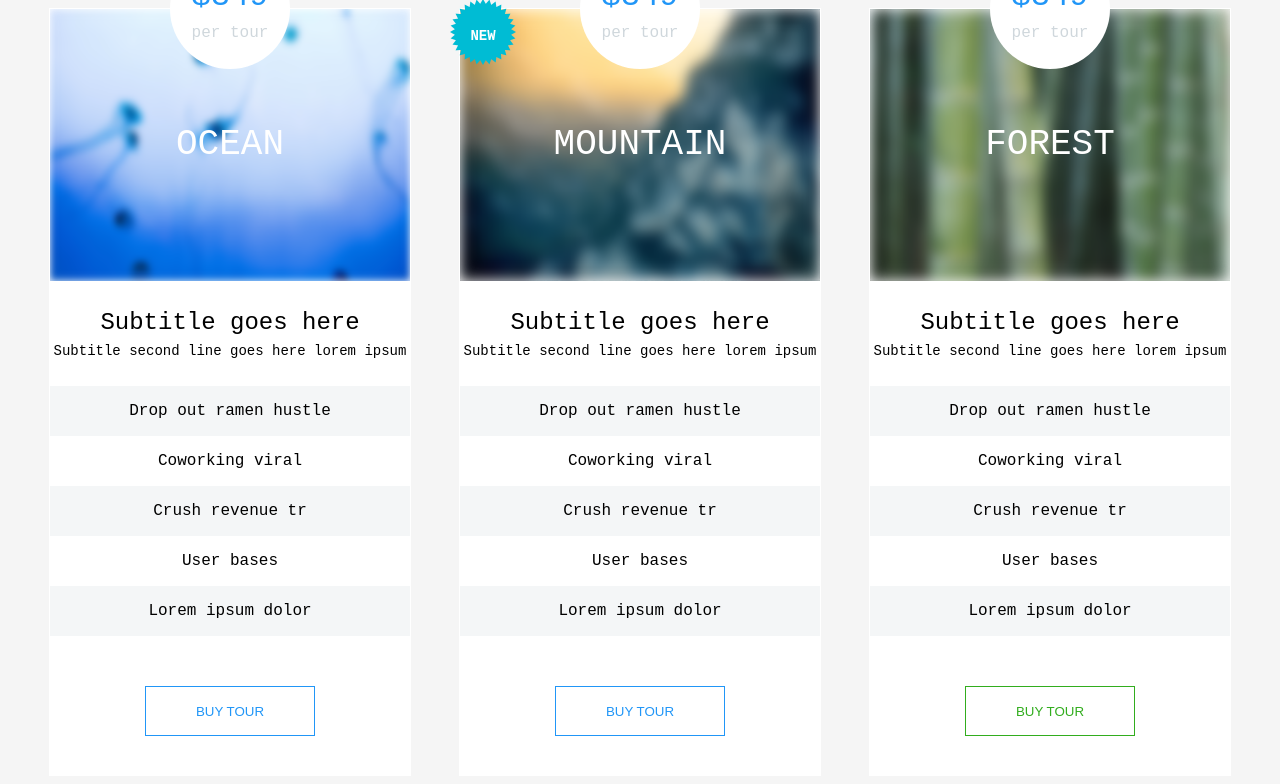
Repository: HoanTiny/pricetable
Page: index.html
The author's editor kept a copy of each file at every save. The page is drawn from the files as they stood at one save, then again after the next save.
The browser window is 1280 px wide. The pictures show the whole page.

Above is the page before, as saved 2022-07-04 10:47:24.

### index.html
<!DOCTYPE html>
<html lang="en">
    <head>
        <meta charset="UTF-8" />
        <meta http-equiv="X-UA-Compatible" content="IE=edge" />
        <meta name="viewport" content="width=device-width, initial-scale=1.0" />
        <title>PriceTable</title>
        <link rel="stylesheet" href="./assests/css/style.css" />
    </head>
    <body>
        <div class="container">
            <div class="price-table">
                <div class="img">
                    <img src="./assests/img/ocean.png" alt="logo" />
                    <span>Ocean</span>
                </div>
                <div class="title">
                    <div class="title_header">
                        <p>Subtitle goes here</p>
                        <span>Subtitle second line goes here lorem ipsum</span>
                    </div>
                    <div class="title_list">
                        <ul>
                            <li>Drop out ramen hustle</li>
                            <li>Coworking viral</li>
                            <li>Crush revenue tr</li>
                            <li>User bases</li>
                            <li>Lorem ipsum dolor</li>
                        </ul>
                    </div>
                    <div class="title_btn">
                        <button type="">Buy Tour</button>
                    </div>
                    <div class="price">
                        <p>$349</p>
                        <span>per tour</span>
                    </div>
                </div>
            </div>
            <div class="price-table">
                <div class="img">
                    <img src="./assests/img/mountain.png" alt="logo" />
                    <span>Mountain</span>
                </div>
                <div class="title">
                    <div class="title_header">
                        <p>Subtitle goes here</p>
                        <span>Subtitle second line goes here lorem ipsum</span>
                    </div>
                    <div class="title_list">
                        <ul>
                            <li>Drop out ramen hustle</li>
                            <li>Coworking viral</li>
                            <li>Crush revenue tr</li>
                            <li>User bases</li>
                            <li>Lorem ipsum dolor</li>
                        </ul>
                    </div>
                    <div class="title_btn">
                        <button type="">Buy Tour</button>
                    </div>
                    <div class="price mountain">
                        <p>$349</p>
                        <span>per tour</span>
                    </div>
                    <div class="mark">
                        <img src="./assests/img/newmark.png" alt="logo" />
                        <span>New</span>
                    </div>
                </div>
            </div>
            <div class="price-table">
                <div class="img">
                    <img src="./assests/img/forest.png" alt="logo" />
                    <span>forest</span>
                </div>
                <div class="title">
                    <div class="title_header">
                        <p>Subtitle goes here</p>
                        <span>Subtitle second line goes here lorem ipsum</span>
                    </div>
                    <div class="title_list">
                        <ul>
                            <li>Drop out ramen hustle</li>
                            <li>Coworking viral</li>
                            <li>Crush revenue tr</li>
                            <li>User bases</li>
                            <li>Lorem ipsum dolor</li>
                        </ul>
                    </div>
                    <div class="title_btn forest">
                        <button type="">Buy Tour</button>
                    </div>
                    <div class="price">
                        <p>$349</p>
                        <span>per tour</span>
                    </div>
                </div>
            </div>
        </div>
    </body>
</html>

### assests/css/style.css
body {
    background-color: #f5f5f5;
    font-family: "Courier New", Courier, monospace;
    font-size: 14px;
    line-height: 1.5;
    min-height: 100vh;
    display: flex;
    justify-content: center;
    align-items: center;
}

* {
    box-sizing: border-box;
}

.container {
    display: flex;
}

.price-table {
    width: 362px;
    height: 768px;
    background-color: #fff;
    position: relative;
    margin: 0 24px;
    border: 1px solid #fff;
}

.img {
    position: relative;
    height: 272px;
    width: 100%;
}

.img span {
    position: absolute;
    top: 50%;
    left: 50%;
    transform: translate(-50%, -50%);
    font-size: 36px;
    text-transform: uppercase;
    color: #fff;
}

img {
    width: 100%;
    height: 100%;
}

.title_header {
    text-align: center;
    margin: 24px 0;
}

.title_header p {
    font-size: 24px;
    margin: 0;
}

.title_header span {
    font-size: 14px;
}

.title_list ul {
    text-align: center;
    padding-left: 0;
    list-style: none;
}

.title_list ul li {
    font-size: 16px;
    height: 50px;
    line-height: 50px;
}

.title_list ul li:nth-child(odd) {
    background-color: #f4f6f7;
}

.title_btn {
    margin-top: 50px;
    text-align: center;
}

.title_btn button {
    width: 170px;
    height: 50px;
    border: 1px solid #2196f7;
    background-color: #fff;
    text-transform: uppercase;
    color: #2196f7;
    cursor: pointer;
}

.title_btn.forest button {
    border: 1px solid #32ad1e;
    color: #32ad1e;
}

.title_btn button:hover {
    background-color: #6c136f;
    color: #fff;
}

.price {
    position: absolute;
    top: -60px;
    left: 120px;
    /* transform: translate(-50%, -50%); */
    width: 120px;
    height: 120px;
    border-radius: 50%;
    background-color: #fff;
    display: flex;
    justify-content: center;
    align-items: center;
    text-align: center;
    display: flex;
    flex-direction: column;
}

.price p {
    font-size: 32px;
    color: #2196f7;
    margin: 0;
}

.price span {
    font-size: 16px;
    color: #cfd7dc;
}

.mark {
    position: absolute;
    top: -10px;
    left: -10px;
}

.mark img {
    position: relative;
}

.mark span {
    position: absolute;
    top: 50%;
    left: 50%;
    transform: translate(-50%, -50%);
    color: #fff;
    text-transform: uppercase;
    font-weight: bold;
}

After the next save:
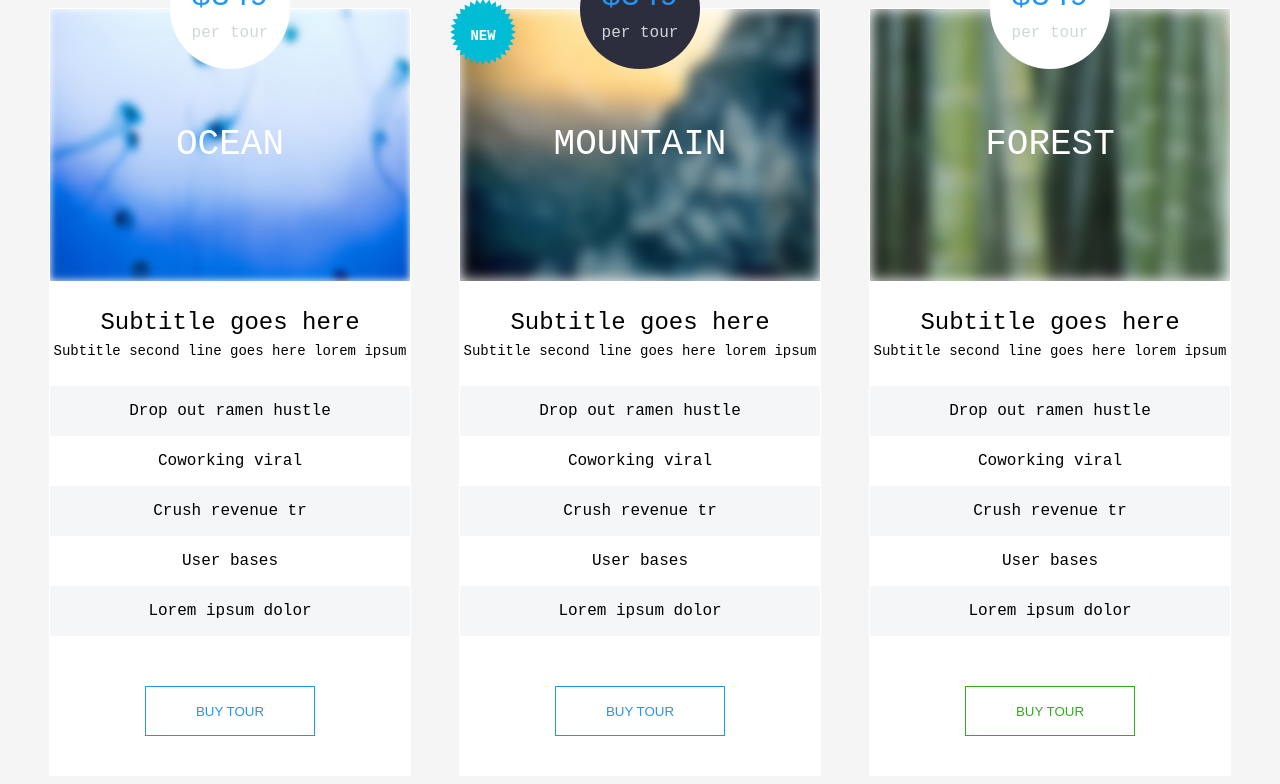
Saved 58 s later.
--- a/assests/css/style.css
+++ b/assests/css/style.css
@@ -130,6 +130,10 @@ img {
     color: #cfd7dc;
 }
 
+.price.mountain {
+    background-color: #2c2e3d;
+}
+
 .mark {
     position: absolute;
     top: -10px;
